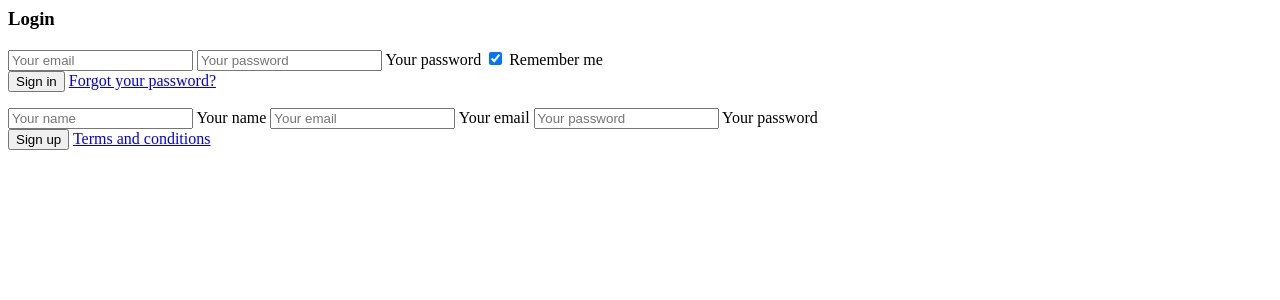
Repository: JaeJin2044/Community_spring
Page: http://localhost/Community/WEB-INF/views/user/login.jsp
These files come from the project's save history. The page is drawn as it stood at one moment and after the next save; the edit follows.
The browser window is 1280 px wide. The pictures show the whole page.
The page is served by Tomcat 9. Nobody is signed in. Other server files are loaded and not shown. The template is opened directly, without the code that normally fills it, so the values that code supplies are empty.

Above is the page before, as saved 2021-03-23 05:18:00.

### Community/src/main/webapp/WEB-INF/views/user/login.jsp
<%@ page language="java" contentType="text/html; charset=UTF-8"
	pageEncoding="UTF-8"%>

<section class="container">
	<article class="half">
		<h1>Login</h1>
		<div class="content">
			<div class="signin-cont cont">
				<form action="#" method="post" enctype="multipart/form-data">
					<input type="text" name="email" id="email" class="inpt"
						required="required" placeholder="Your email"> <label
						for="email"></label> <input type="password"
						name="password" id="password" class="inpt" required="required"
						placeholder="Your password"> <label for="password">Your
						password</label> <input type="checkbox" id="remember" class="checkbox"
						checked> <label for="remember">Remember me</label>
					<div class="submit-wrap">
						<input type="submit" value="Sign in" class="submit"> <a
							href="#" class="more">Forgot your password?</a>
					</div>
				</form>
			</div>
			<div class="signup-cont cont">
				<form action="#" method="post" enctype="multipart/form-data">
					<input type="email" name="email" id="name" class="inpt"
						required="required" placeholder="Your name"> <label
						for="name">Your name</label> <input type="email" name="email"
						id="email" class="inpt" required="required"
						placeholder="Your email"> <label for="email">Your
						email</label> <input type="password" name="password" id="password"
						class="inpt" required="required" placeholder="Your password">
					<label for="password">Your password</label>
					<div class="submit-wrap">
						<input type="submit" value="Sign up" class="submit"> <a
							href="#" class="more">Terms and conditions</a>
					</div>
				</form>
			</div>
		</div>
	</article>
	<div class="half bg"></div>
</section>

After the next save:
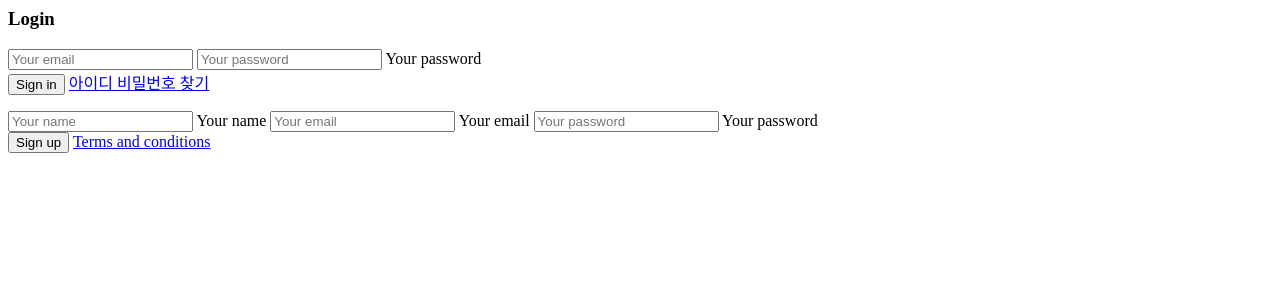
Saved 2 min 54 s later.
--- a/Community/src/main/webapp/WEB-INF/views/user/login.jsp
+++ b/Community/src/main/webapp/WEB-INF/views/user/login.jsp
@@ -7,16 +7,13 @@
 		<div class="content">
 			<div class="signin-cont cont">
 				<form action="#" method="post" enctype="multipart/form-data">
-					<input type="text" name="email" id="email" class="inpt"
-						required="required" placeholder="Your email"> <label
-						for="email"></label> <input type="password"
-						name="password" id="password" class="inpt" required="required"
-						placeholder="Your password"> <label for="password">Your
-						password</label> <input type="checkbox" id="remember" class="checkbox"
-						checked> <label for="remember">Remember me</label>
+					<input type="text" name="email"  class="inpt" required="required" placeholder="Your email">
+						<label for="email"></label>
+					<input type="password" name="password"  class="inpt" required="required" placeholder="Your password">
+						<label for="password">Your password</label>
 					<div class="submit-wrap">
-						<input type="submit" value="Sign in" class="submit"> <a
-							href="#" class="more">Forgot your password?</a>
+						<input type="submit" value="Sign in" class="submit">
+						 <a href="#" class="more">아이디 비밀번호 찾기</a>
 					</div>
 				</form>
 			</div>
